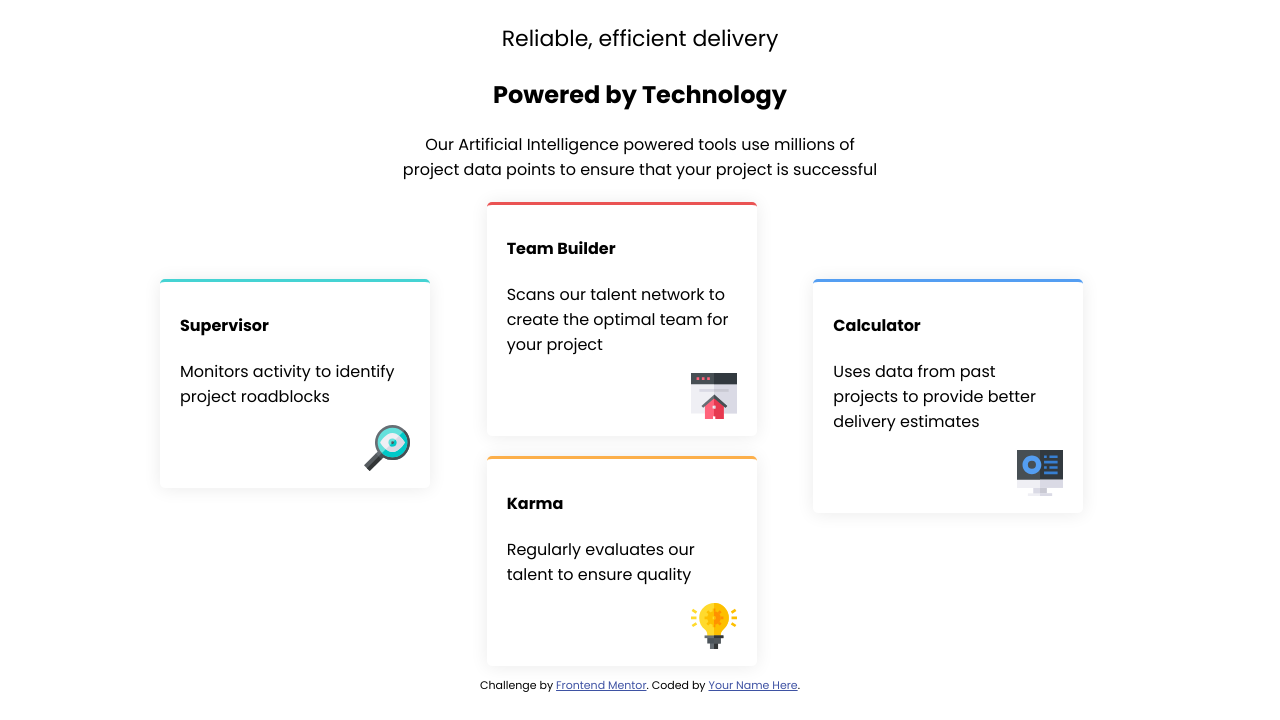
Repository: BuduCE/four-card-feature-section-master
Page: index.html
The author's editor kept a copy of each file at every save. The page is drawn from the files as they stood at one save, then again after the next save.
The browser window is 1280 px wide. The pictures show the whole page.

Above is the page before, as saved 2023-06-01 22:46:12.

### index.html
<!DOCTYPE html>
<html lang="en">
<head>
  <meta charset="UTF-8">
  <meta name="viewport" content="width=device-width, initial-scale=1.0"> <!-- displays site properly based on user's device -->

  <link rel="icon" type="image/png" sizes="32x32" href="./images/favicon-32x32.png">

  <title>Frontend Mentor | Four card feature section</title>

  <link rel="stylesheet" href="styles.css">
  <!-- Gogle font family -->
  <link rel="preconnect" href="https://fonts.googleapis.com">
  <link rel="preconnect" href="https://fonts.gstatic.com" crossorigin>
  <link
    href="https://fonts.googleapis.com/css2?family=Montserrat:ital,wght@0,200;0,300;0,400;0,500;0,600;0,700;0,800;0,900;1,200;1,300;1,400;1,500;1,600;1,700;1,800;1,900&family=Poppins:wght@100;200;300;400;500;700;900&display=swap"
    rel="stylesheet">
</head>
<body>
  <p class="light">Reliable, efficient delivery</p>
  <h2>Powered by Technology</h2>

  <p class="header_detail">Our Artificial Intelligence powered tools use millions of project data points
  to ensure that your project is successful</p>

  <div class="product_card">
    <div class="card_containers">
      <div class="card specialX a">
        <h4>Supervisor</h4>
        <p>Monitors activity to identify project roadblocks</p>
        <img src="./images/icon-supervisor.svg" alt="">
      </div>
    </div>

    <div class="card_containers special">
      <div class="card b">
        <h4>Team Builder</h4>
        <p>Scans our talent network to create the optimal team for your project</p>
        <img src="./images/icon-team-builder.svg" alt="">
      </div>

      <div class="card c">
        <h4>Karma</h4>
        <p>Regularly evaluates our talent to ensure quality</p>
        <img src="./images/icon-karma.svg" alt="">
      </div>
    </div>

    <div class="card_containers">
      <div class="card specialX d">
        <h4>Calculator</h4>
        <p>Uses data from past projects to provide better delivery estimates</p>
        <img src="./images/icon-calculator.svg" alt="">
      </div>
    </div>
  </div>

  <footer>
    <p class="attribution">
      Challenge by <a href="https://www.frontendmentor.io?ref=challenge" target="_blank">Frontend Mentor</a>.
      Coded by <a href="#">Your Name Here</a>.
    </p>
  </footer>
</body>
</html>

### styles.css
.attribution {
    font-size: 11px;
    text-align: center;
}

.attribution a {
    color: hsl(228, 45%, 44%);
}

body {
    font-family: 'Poppins', sans-serif;
    text-align: center;
    width: 75%;
    margin: auto;
}
.light{
    font-size: 22px;
    font-style: lighter;
}
.header_detail{
    width: 50%;
    margin: auto;
}
.product_card{
    display: grid;
    grid-template-columns: 1fr 1fr 1fr;
    /* display: flex;
    align-items: center; */
    gap: 20px;
    width: 100%;
    margin: auto;
    margin-top: 20px;
}
.card{
    padding: 10px 20px;
    width: 75%;
    text-align: left;
    -webkit-box-shadow: 0px 1px 18px 0px rgba(235, 235, 235, 1);
        -moz-box-shadow: 0px 1px 18px 0px rgba(235, 235, 235, 1);
        box-shadow: 0px 1px 18px 0px rgba(235, 235, 235, 1);
        border-radius: 5px;
}
.specialX{
    margin-top: 25%;
}
.special{
    display: flex;
    flex-direction: column;
    gap: 20px;
}
.a{
    border-top: 3px solid hsl(180, 62%, 55%);
}
.b{
    border-top: 3px solid hsl(0, 78%, 62%);
}
.c{
    border-top: 3px solid hsl(34, 97%, 64%);
}
.d{
    border-top: 3px solid hsl(212, 86%, 64%);
}
.card img{
    width: 20%;
    margin-left: 80%;
}

### images/icon-supervisor.svg
<svg xmlns="http://www.w3.org/2000/svg" width="64" height="64"><g fill="none"><path fill="#676E74" d="M56.842 7.158c-9.526-9.563-24.902-9.525-34.428 0-8.025 8.026-9.45 20.44-3.525 30.003l-2.513 2.55-1.356 6.144 4.214 4.214 5.093-2.408 2.512-2.55a24.254 24.254 0 0030.003-3.525c9.563-9.526 9.525-24.902 0-34.428z"/><path fill="#474F54" d="M24.327 47.661l2.512-2.55a24.254 24.254 0 0030.003-3.525c9.563-9.526 9.525-24.902 0-34.428l-40.26 40.26 2.652 2.651 5.093-2.408z"/><path fill="#64E1DC" d="M54.213 9.787a20.56 20.56 0 00-14.585-6.041C28.236 3.746 19 12.98 19 24.372a20.564 20.564 0 006.041 14.586 20.564 20.564 0 0014.586 6.04c11.392 0 20.626-9.234 20.626-20.626a20.56 20.56 0 00-6.041-14.585z"/><path fill="#00C8C8" d="M60.254 24.372a20.56 20.56 0 00-6.041-14.585l-29.17 29.17A20.564 20.564 0 0039.627 45c11.392 0 20.626-9.235 20.626-20.627z"/><path fill="#EFEFF4" d="M56.239 23.41c-.184-.307-2.98-4.914-7.281-8.368-2.63-2.113-5.822-3.796-9.33-3.796-9.242 0-16.314 11.669-16.61 12.165l-.576.961.575.961c.184.309 2.98 4.916 7.28 8.37 2.631 2.112 5.823 3.795 9.33 3.795 9.243 0 16.315-11.668 16.612-12.165l.574-.96-.574-.962z"/><path fill="#DADAE5" d="M56.239 25.333l.574-.96-.574-.962c-.184-.308-2.98-4.915-7.281-8.369l-18.66 18.66c2.63 2.113 5.822 3.796 9.33 3.796 9.242 0 16.314-11.668 16.61-12.165z"/><path fill="#64E1DC" d="M43.604 20.396a5.607 5.607 0 00-3.976-1.65 5.632 5.632 0 00-5.626 5.626c0 1.551.631 2.958 1.65 3.976a5.609 5.609 0 003.976 1.65 5.632 5.632 0 005.625-5.626c0-1.55-.63-2.957-1.649-3.976z"/><path fill="#00C8C8" d="M45.253 24.372c0-1.55-.63-2.957-1.649-3.976l-7.952 7.952a5.608 5.608 0 003.976 1.65 5.632 5.632 0 005.625-5.626z"/><path fill="#676E74" d="M40.954 23.046a1.876 1.876 0 10-1.326 3.2 1.876 1.876 0 001.326-3.2z"/><path fill="#474F54" d="M41.503 24.372c0-.517-.21-.986-.55-1.326l-2.65 2.652a1.876 1.876 0 003.2-1.326z"/><path fill="#575C60" d="M20.333 43.667l-3.957-3.957L0 56.049l3.975 3.976L7.951 64l16.376-16.339z"/><path fill="#333637" d="M24.327 47.661l-3.994-3.994L3.975 60.025 7.951 64z"/></g></svg>

After the next save:
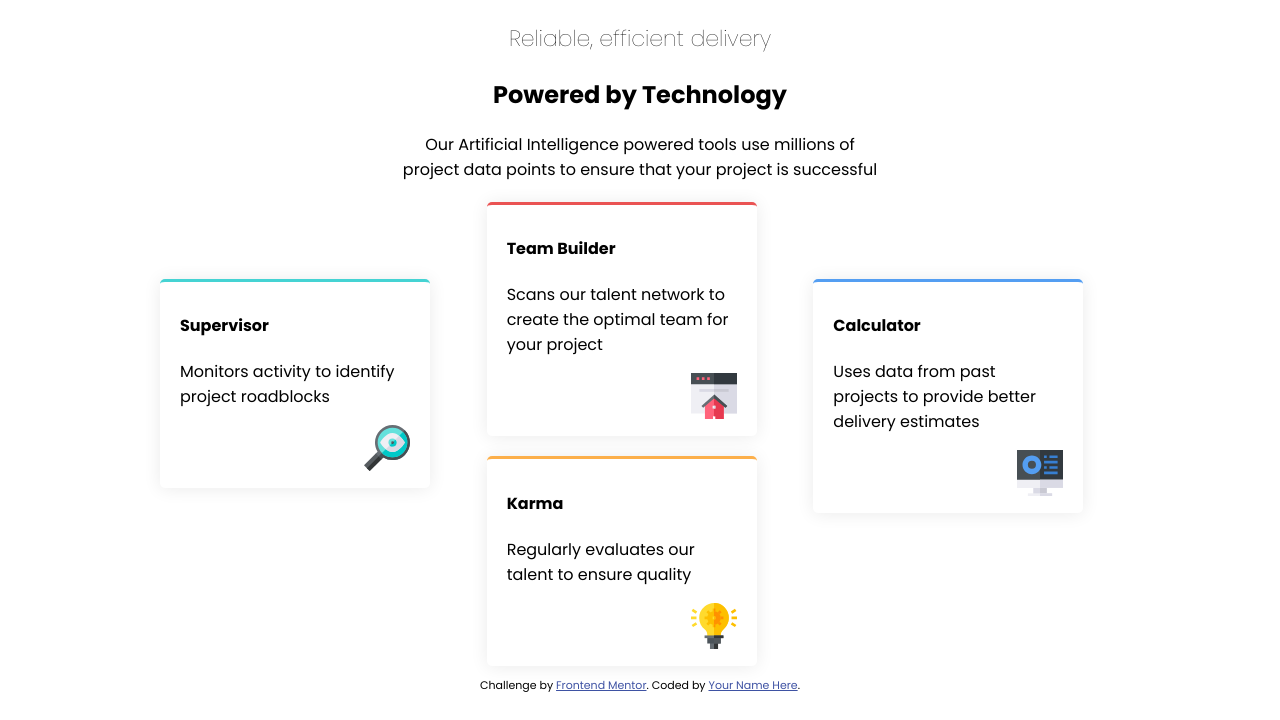
Saved 61 s later.
--- a/styles.css
+++ b/styles.css
@@ -15,7 +15,7 @@ body {
 }
 .light{
     font-size: 22px;
-    font-style: lighter;
+    font-weight: lighter;
 }
 .header_detail{
     width: 50%;
